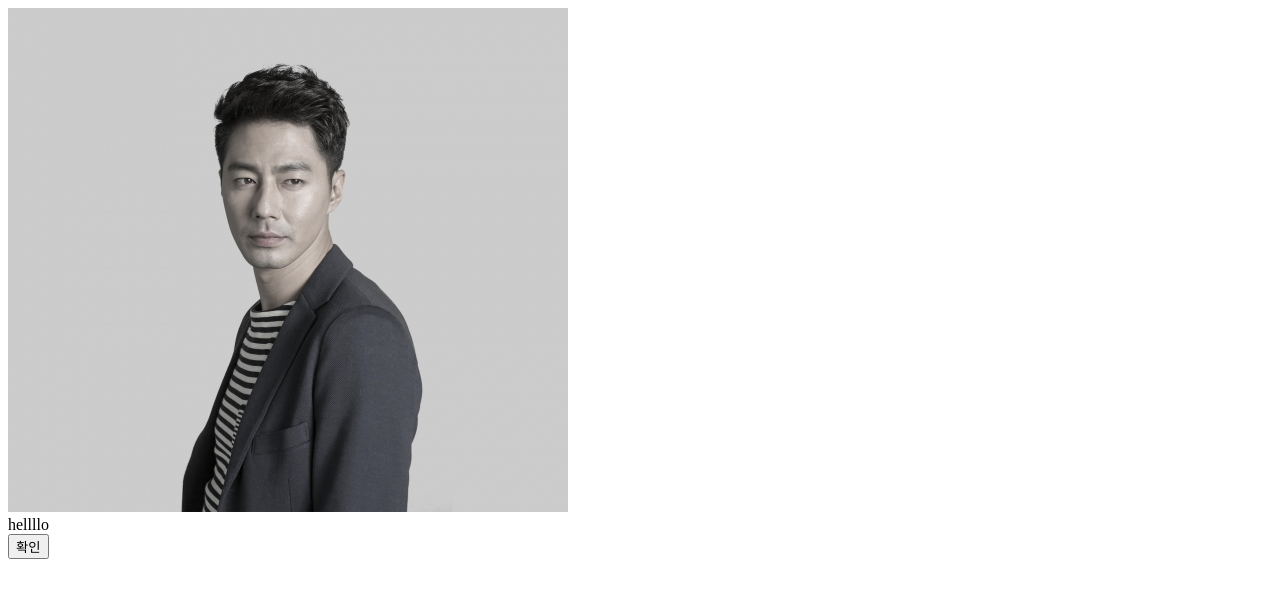
Repository: IreneCho/sk
Page: jqueryTest/WebContent/day13/r.html
These files come from the project's save history. The page is drawn as it stood at one moment and after the next save; the edit follows.
The browser window is 1280 px wide. The pictures show the whole page.
After loading, the first visible `button` was clicked once.
Some web libraries are served in a nearby version.

Above is the page before, as saved 2016-08-16 06:46:02.

### jqueryTest/WebContent/day13/r.html
<!DOCTYPE html>
<html>
<head>
<meta charset="EUC-KR">
<title>Insert title here</title>
</head>
<body>
	<div id="mydiv">표시</div>
	<button onclick="fn()">확인</button>
</body>
<script>
	function fn() {
		data = {name:'홍길동', age:30}
	//	$('#mydiv').load("jq1.jsp",data,comFn)
		$('#mydiv').load("s.html",comFn)
	}

	function comFn() {
	//	alert("complete")
	}

</script>
<script src="https://code.jquery.com/jquery-3.1.0.js" integrity="sha256-slogkvB1K3VOkzAI8QITxV3VzpOnkeNVsKvtkYLMjfk=" crossorigin="anonymous"></script>
</html>

### jqueryTest/WebContent/day13/s.html
<!DOCTYPE html>
<html>
<head>
<meta charset="EUC-KR">
<title>Insert title here</title>
</head>
<body>
	<img src="image/img2.jpg"><br>
	<div>hellllo</div>
</body>
</html>

After the next save:
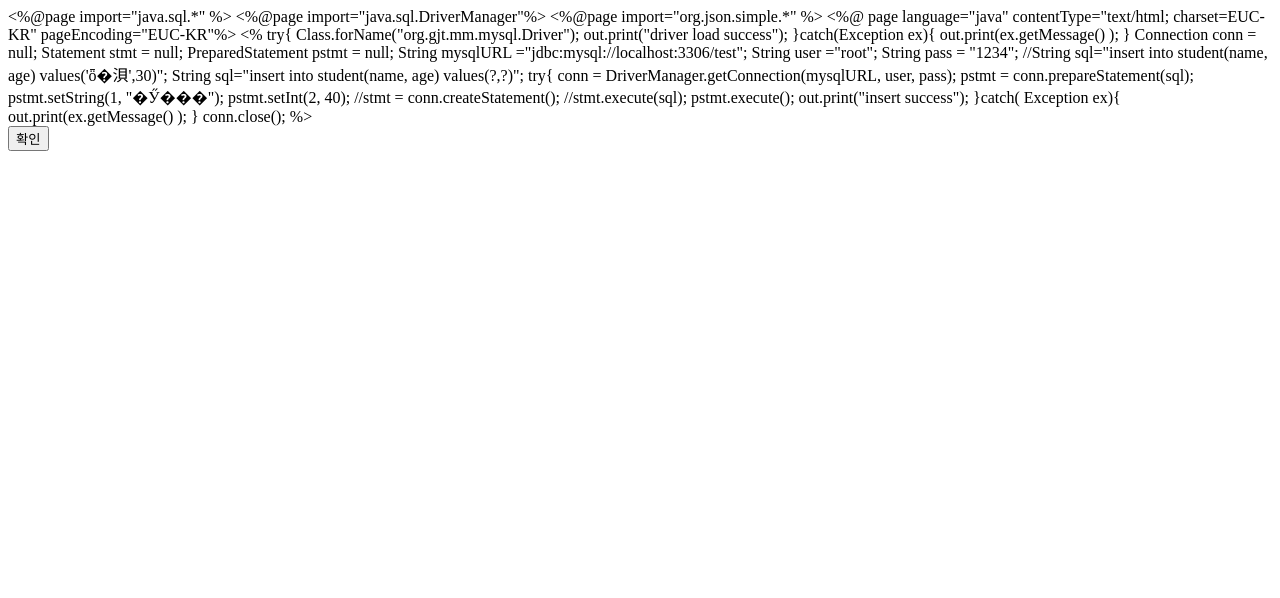
Saved 113 s later.
--- a/jqueryTest/WebContent/day13/r.html
+++ b/jqueryTest/WebContent/day13/r.html
@@ -10,9 +10,9 @@
 </body>
 <script>
 	function fn() {
-		data = {name:'홍길동', age:30}
-	//	$('#mydiv').load("jq1.jsp",data,comFn)
-		$('#mydiv').load("s.html",comFn)
+		data = {name:'보아', age:30}
+		$('#mydiv').load("my2.jsp",data,comFn)
+	//	$('#mydiv').load("s.html",comFn)
 	}
 
 	function comFn() {
